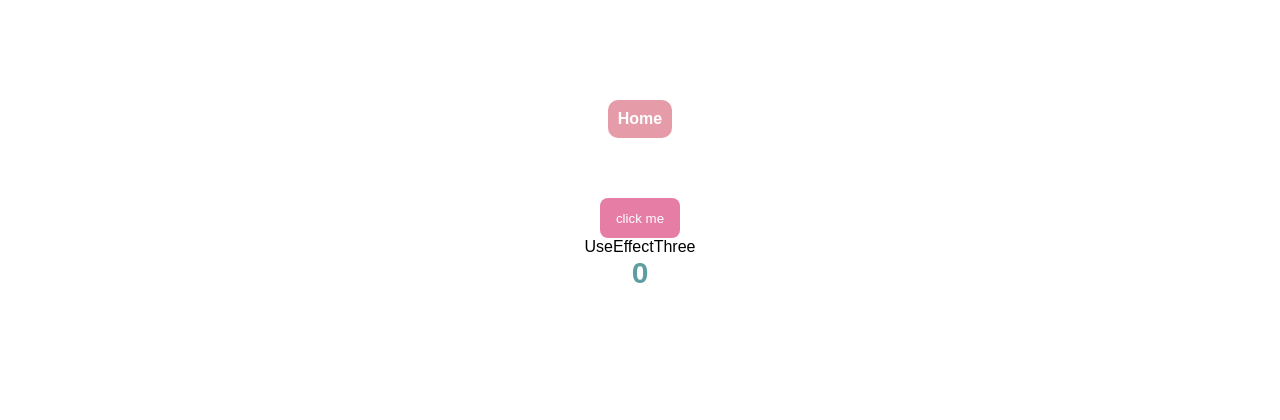
Repository: jjennbui/class8
Page: /useEffectThree
The author's editor kept a copy of each file at every save. The page is drawn from the files as they stood at one save, then again after a run of saves.
The browser window is 1280 px wide. The pictures show the whole page.
The project was rebuilt for these pictures with package versions that can differ from the ones it lists, and the page was loaded fresh each time. The framework's server and built-in components were replaced by stand-ins that run in the browser. Also part of the build but not shown: next.config.js.

Above is the page before, as saved 2023-02-20 18:14:53.

After the next 2 saves:
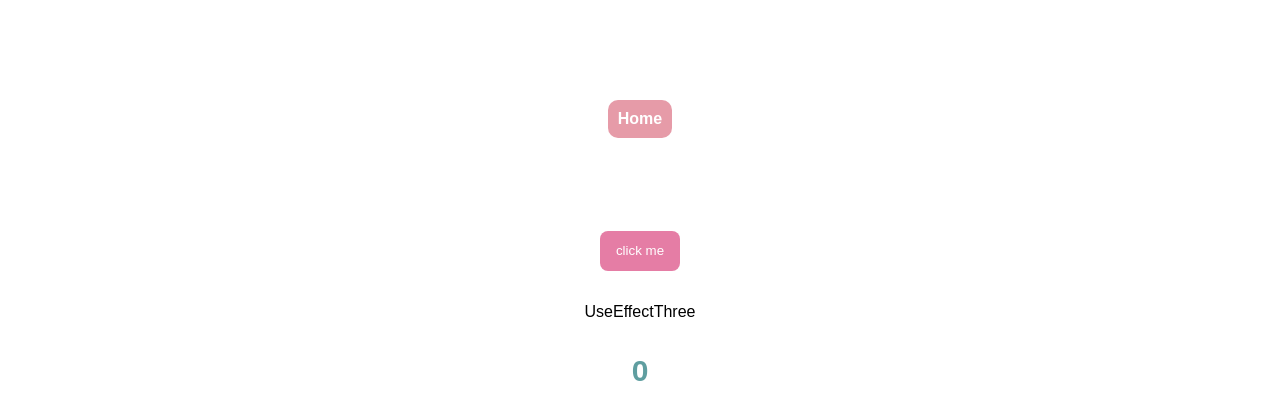
The 2 saves are shown as one change because they came seconds apart.
The last was saved 7 s later.
--- a/styles/UseEffectThree.module.css
+++ b/styles/UseEffectThree.module.css
@@ -5,7 +5,7 @@
     justify-content: space-between;
     align-items: center;
     padding: 5rem;
-    min-height: 20vh;
+    min-height: 40vh;
     margin: 20px;
 
   }
